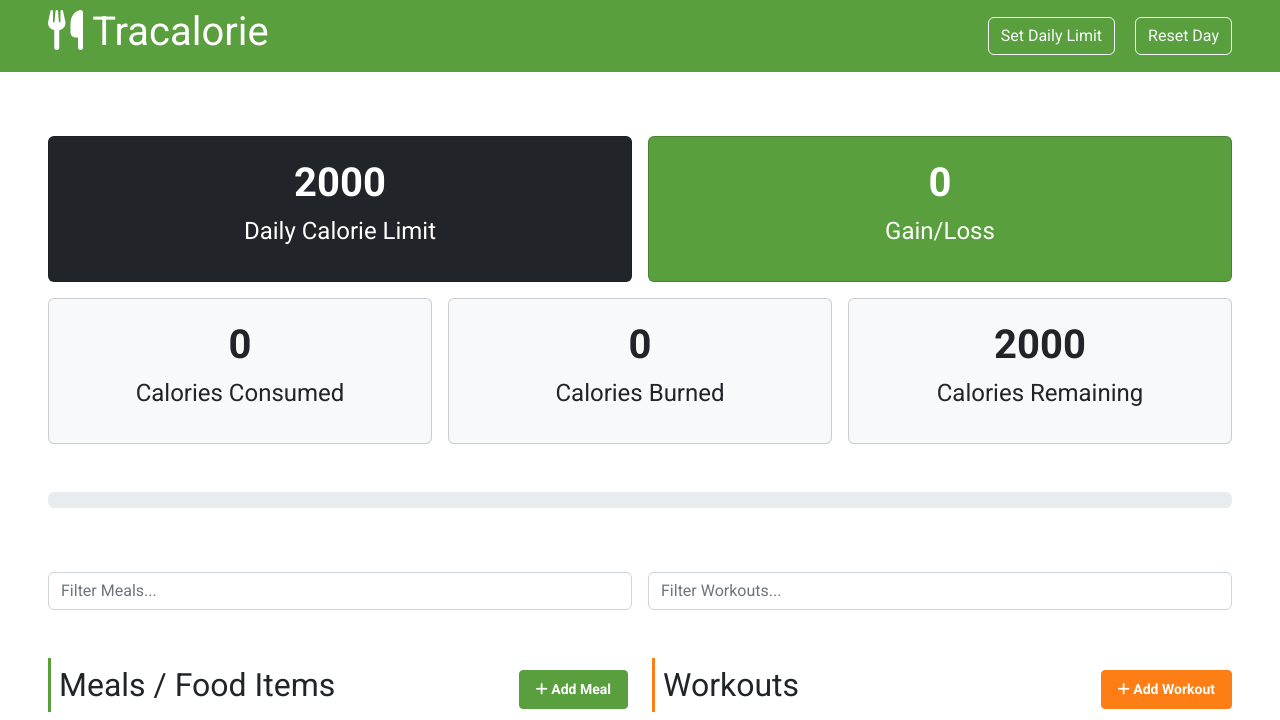
Repository: Ahmed-yasser-66/tracalorie-app
Page: index.html
An editor plug-in stored every save of this project. The page is shown before and after the next save, followed by the edit.
The browser window is 1280 px wide. The pictures show the whole page.

Above is the page before, as saved 2023-07-21 11:50:35.

### index.html
<!DOCTYPE html>
<html lang="en">
  <head>
    <meta charset="UTF-8" />
    <meta http-equiv="X-UA-Compatible" content="IE=edge" />
    <meta name="viewport" content="width=device-width, initial-scale=1.0" />
    <link rel="shortcut icon" type="image/x-icon" href="favicon.ico" />
    <link rel="preconnect" href="https://fonts.googleapis.com" />
    <link rel="preconnect" href="https://fonts.gstatic.com" crossorigin />
    <link
      href="https://fonts.googleapis.com/css2?family=Roboto:wght@300;400;700&display=swap"
      rel="stylesheet"
    />
    <link rel="stylesheet" href="css/fontawesome.css" />
    <link rel="stylesheet" href="css/bootstrap.css" />
    <link rel="stylesheet" href="css/style.css" />
    <script src="js/bootstrap.bundle.min.js" defer></script>
    <script src="js/app.js" defer></script>
    <title>Tracalorie 2.0 | Track your Caloric Intake</title>
  </head>
  <body>
    <header
      class="bg-primary d-sm-flex justify-content-between align-items-center text-white text-center py-2 px-5"
    >
      <h1><i class="fa-solid fa-utensils"></i> Tracalorie</h1>
      <div>
        <button
          class="btn btn-outline-light mx-3"
          data-bs-toggle="modal"
          data-bs-target="#limit-modal"
        >
          Set Daily Limit
        </button>
        <button id="reset" class="btn btn-outline-light">Reset Day</button>
      </div>
    </header>

    <!-- Stats -->
    <section class="stats my-5 px-5">
      <div class="row g-3 my-3">
        <div class="col-md-6">
          <div class="card text-center bg-dark text-white">
            <div class="card-body">
              <div id="calories-limit" class="fs-1 fw-bold"></div>
              <p class="fs-4">Daily Calorie Limit</p>
            </div>
          </div>
        </div>
        <div class="col-md-6">
          <div class="card text-center bg-primary text-white">
            <div class="card-body">
              <div id="calories-total" class="fs-1 fw-bold"></div>
              <p class="fs-4">Gain/Loss</p>
            </div>
          </div>
        </div>
      </div>
      <div class="row g-3 text-center">
        <div class="col-md-4">
          <div class="card bg-light">
            <div class="card-body">
              <div id="calories-consumed" class="fs-1 fw-bold"></div>
              <p class="fs-4">Calories Consumed</p>
            </div>
          </div>
        </div>
        <div class="col-md-4">
          <div class="card bg-light">
            <div class="card-body">
              <div id="calories-burned" class="fs-1 fw-bold"></div>
              <p class="fs-4">Calories Burned</p>
            </div>
          </div>
        </div>
        <div class="col-md-4">
          <div class="card bg-light">
            <div class="card-body">
              <div id="calories-remaining" class="fs-1 fw-bold"></div>
              <p class="fs-4">Calories Remaining</p>
            </div>
          </div>
        </div>
      </div>
    </section>

    <section class="px-5">
      <div class="progress">
        <div
          id="calorie-progress"
          class="progress-bar"
          role="progressbar"
        ></div>
      </div>
    </section>

    <!-- Filter -->
    <section class="filter my-5 px-5">
      <div class="row g-3">
        <div class="col-md-6">
          <div class="mt-3">
            <input
              type="text"
              id="filter-meals"
              class="form-control"
              placeholder="Filter Meals..."
            />
          </div>
        </div>
        <div class="col-md-6">
          <div class="mt-3">
            <input
              type="text"
              id="filter-workouts"
              class="form-control"
              placeholder="Filter Workouts..."
            />
          </div>
        </div>
      </div>
    </section>

    <!-- Items -->
    <section class="items mx-5">
      <div class="row g-4">
        <!-- Meals -->
        <div class="col-md-6">
          <div class="d-flex align-items-center">
            <h2 class="border-start border-primary border-3 p-2">
              Meals / Food Items
            </h2>
            <button
              class="btn btn-primary btn-sm ms-auto text-white fw-bold py-2 px-3 h-100"
              data-bs-toggle="collapse"
              data-bs-target="#collapse-meal"
              aria-expanded="false"
              aria-controls="collapse-meal"
            >
              <i class="fa-solid fa-plus"></i> Add Meal
            </button>
          </div>

          <!-- Add Meal Form -->
          <div class="collapse" id="collapse-meal">
            <div class="card card-body bg-light">
              <form id="meal-form">
                <div class="mb-3">
                  <input
                    type="text"
                    class="form-control"
                    id="meal-name"
                    placeholder="Enter Meal or Item"
                  />
                </div>
                <div class="mb-3">
                  <input
                    type="number"
                    class="form-control"
                    id="meal-calories"
                    placeholder="Enter Calories"
                  />
                </div>
                <button type="submit" class="btn btn-primary text-white">
                  Add Meal Item
                </button>
              </form>
            </div>
          </div>

          <div id="meal-items"></div>
        </div>
        <!-- Workout -->
        <div class="col-md-6">
          <div class="d-flex align-items-center">
            <h2 class="border-start border-secondary border-3 p-2">Workouts</h2>
            <button
              class="btn btn-secondary btn-sm ms-auto text-white fw-bold py-2 px-3 h-100"
              data-bs-toggle="collapse"
              data-bs-target="#collapse-workout"
              aria-expanded="false"
              aria-controls="collapse-workout"
            >
              <i class="fa-solid fa-plus"></i> Add Workout
            </button>
          </div>

          <!-- Add Workout Form -->
          <div class="collapse" id="collapse-workout">
            <div class="card card-body bg-light">
              <form id="workout-form">
                <div class="mb-3">
                  <input
                    type="text"
                    class="form-control"
                    id="workout-name"
                    placeholder="Enter Workout"
                  />
                </div>
                <div class="mb-3">
                  <input
                    type="number"
                    class="form-control"
                    id="workout-calories"
                    placeholder="Enter Calories"
                  />
                </div>
                <button type="submit" class="btn btn-primary text-white">
                  Add Workout Item
                </button>
              </form>
            </div>
          </div>

          <div id="workout-items"></div>
        </div>
      </div>
    </section>

    <!-- Calorie Limit Modal -->
    <div
      class="modal fade"
      id="limit-modal"
      tabindex="-1"
      aria-labelledby="limitModalLabel"
      aria-hidden="true"
    >
      <div class="modal-dialog">
        <div class="modal-content">
          <div class="modal-header">
            <h1 class="modal-title fs-5" id="limitModalLabel">
              Set Daily Limit
            </h1>
            <button
              type="button"
              class="btn-close"
              data-bs-dismiss="modal"
              aria-label="Close"
            ></button>
          </div>
          <div class="modal-body">
            <form id="limit-form">
              <div class="mb-3">
                <label for="limit" class="form-label"
                  >Daily Calorie Limit</label
                >
                <input
                  type="text"
                  class="form-control"
                  id="limit"
                  placeholder="2000"
                />
              </div>

              <button type="submit" class="btn btn-primary text-white">
                Save
              </button>
            </form>
          </div>
        </div>
      </div>
    </div>
  </body>
</html>

### js/app.js
class CalorieTracker {
  constructor() {
    this._calorieLimit = Storage.getCalorieLimit();
    this._totalCalories = Storage.getTotalCalories(0);
    this._meals = Storage.getMeals();
    this._workouts = [];

    this._displayCaloriesLimit();
    this._displayCaloriesTotal();
    this._displayCaloriesConsumed();
    this._displayCaloriesBurned();
    this._displayCaloriesRemaining();
    this._displayCaloriesProgress();

    document.getElementById('limit').value = this._calorieLimit;
  }

  // Public Methods/API //

  addMeal(meal) {
    this._meals.push(meal);
    this._totalCalories += meal.calories;
    Storage.updateTotalCalories(this._totalCalories);
    Storage.saveMeal(meal);
    this._displayNewMeal(meal);
    this._render();
  }

  addWorkout(workout) {
    this._workouts.push(workout);
    this._totalCalories -= workout.calories;
    Storage.updateTotalCalories(this._totalCalories);
    this._displayNewWorkout(workout);
    this._render();
  }

  removeMeal(id) {
    const index = this._meals.findIndex((meal) => meal.id === id);

    if (index !== -1) {
      const meal = this._meals[index];
      this._totalCalories -= meal.calories;
      Storage.updateTotalCalories(this._totalCalories);
      this._meals.splice(index, 1);

      this._render();
    }
  }

  removeWorkout(id) {
    const index = this._workouts.findIndex((workout) => workout.id === id);

    if (index !== -1) {
      const workout = this._workouts[index];
      this._totalCalories += workout.calories;
      Storage.updateTotalCalories(this._totalCalories);
      this._workouts.splice(index, 1);

      this._render();
    }
  }

  reset() {
    this._totalCalories = 0;
    this._meals = [];
    this._workouts = [];
    this._render();
  }

  setLimit(calorieLimit) {
    this._calorieLimit = calorieLimit;
    Storage.setCalorieLimit(calorieLimit);
    this._displayCaloriesLimit();
    this._render();
  }

  loadItems() {
    this._meals.forEach((meal) => this._displayNewMeal(meal));
  }

  // Private Methods //

  _displayCaloriesTotal() {
    const totalCaloriesEl = document.getElementById('calories-total');
    totalCaloriesEl.innerHTML = this._totalCalories;
  }

  _displayCaloriesLimit() {
    const calorieLimitEl = document.getElementById('calories-limit');
    calorieLimitEl.innerHTML = this._calorieLimit;
  }

  _displayCaloriesConsumed() {
    const caloriesConsumedEl = document.getElementById('calories-consumed');

    const consumed = this._meals.reduce(
      (total, meal) => total + meal.calories,
      0
    );

    caloriesConsumedEl.innerHTML = consumed;
  }

  _displayCaloriesBurned() {
    const caloriesBurnedEl = document.getElementById('calories-burned');

    const burned = this._workouts.reduce(
      (total, workout) => total + workout.calories,
      0
    );

    caloriesBurnedEl.innerHTML = burned;
  }

  _displayCaloriesRemaining() {
    const caloriesRemainingEl = document.getElementById('calories-remaining');
    const progressEl = document.getElementById('calorie-progress');

    const remaining = this._calorieLimit - this._totalCalories;

    caloriesRemainingEl.innerHTML = remaining;

    if (remaining <= 0) {
      caloriesRemainingEl.parentElement.parentElement.classList.remove(
        'bg-light'
      );
      caloriesRemainingEl.parentElement.parentElement.classList.add(
        'bg-danger'
      );
      progressEl.classList.remove('bg-success');
      progressEl.classList.add('bg-danger');
    } else {
      caloriesRemainingEl.parentElement.parentElement.classList.remove(
        'bg-danger'
      );
      caloriesRemainingEl.parentElement.parentElement.classList.add('bg-light');
      progressEl.classList.remove('bg-danger');
      progressEl.classList.add('bg-success');
    }
  }

  _displayCaloriesProgress() {
    const progressEl = document.getElementById('calorie-progress');
    const percentage = (this._totalCalories / this._calorieLimit) * 100;
    const width = Math.min(percentage, 100);
    progressEl.style.width = `${width}%`;
  }

  _displayNewMeal(meal) {
    const mealsEl = document.getElementById('meal-items');
    const mealEl = document.createElement('div');
    mealEl.classList.add('card', 'my-2');
    mealEl.setAttribute('data-id', meal.id);
    mealEl.innerHTML = `
    <div class="card-body">
    <div class="d-flex align-items-center justify-content-between">
      <h4 class="mx-1">${meal.name}</h4>
      <div
        class="fs-1 bg-primary text-white text-center rounded-2 px-2 px-sm-5"
      >
        ${meal.calories}
      </div>
      <button class="delete btn btn-danger btn-sm mx-2">
        <i class="fa-solid fa-xmark"></i>
      </button>
    </div>
  </div>
    `;

    mealsEl.appendChild(mealEl);
  }

  _displayNewWorkout(workout) {
    const workoutsEl = document.getElementById('workout-items');
    const workoutEl = document.createElement('div');
    workoutEl.classList.add('card', 'my-2');
    workoutEl.setAttribute('data-id', workout.id);
    workoutEl.innerHTML = `
    <div class="card-body">
    <div class="d-flex align-items-center justify-content-between">
      <h4 class="mx-1">${workout.name}</h4>
      <div
        class="fs-1 bg-secondary text-white text-center rounded-2 px-2 px-sm-5"
      >
        ${workout.calories}
      </div>
      <button class="delete btn btn-danger btn-sm mx-2">
        <i class="fa-solid fa-xmark"></i>
      </button>
    </div>
  </div>
    `;

    workoutsEl.appendChild(workoutEl);
  }

  _render() {
    this._displayCaloriesTotal();
    this._displayCaloriesConsumed();
    this._displayCaloriesBurned();
    this._displayCaloriesRemaining();
    this._displayCaloriesProgress();
  }
}

class Meal {
  constructor(name, calories) {
    this.id = Math.random().toString(16).slice(2);
    this.name = name;
    this.calories = calories;
  }
}

class Workout {
  constructor(name, calories) {
    this.id = Math.random().toString(16).slice(2);
    this.name = name;
    this.calories = calories;
  }
}

class Storage {
  static getCalorieLimit(defaultLimit = 2000) {
    let calorieLimit;
    if (localStorage.getItem('calorieLimit') === null) {
      calorieLimit = defaultLimit;
    } else {
      calorieLimit = +localStorage.getItem('calorieLimit');
    }
    return calorieLimit;
  }

  static setCalorieLimit(calorieLimit) {
    localStorage.setItem('calorieLimit', calorieLimit);
  }

  static getTotalCalories(defaultCalories = 0) {
    let totalCalories;
    if (localStorage.getItem('totalCalories') === null) {
      totalCalories = defaultCalories;
    } else {
      totalCalories = +localStorage.getItem('totalCalories');
    }
    return totalCalories;
  }

  static updateTotalCalories(calories) {
    localStorage.setItem('totalCalories', calories);
  }

  static getMeals() {
    let meals;
    if (localStorage.getItem('meals') === null) {
      meals = [];
    } else {
      meals = JSON.parse(localStorage.getItem('meals'));
    }

    return meals;
  }

  static saveMeal(meal) {
    const meals = Storage.getMeals();
    meals.push(meal);

    localStorage.setItem('meals', JSON.stringify(meals));
  }

  static getWorkouts() {
    let workouts;

    if (localStorage.getItem('workouts') === null) {
      workouts = [];
    } else {
      workouts = JSON.parse(localStorage.getItem('workouts'));
    }

    return workouts;
  }
}

class App {
  constructor() {
    this._tracker = new CalorieTracker();
    this._loadEventListeners();
    this._tracker.loadItems();
  }

  _loadEventListeners() {
    document
      .getElementById('meal-form')
      .addEventListener('submit', this._newItem.bind(this, 'meal'));

    document
      .getElementById('workout-form')
      .addEventListener('submit', this._newItem.bind(this, 'workout'));

    document
      .getElementById('meal-items')
      .addEventListener('click', this._removeItem.bind(this, 'meal'));

    document
      .getElementById('workout-items')
      .addEventListener('click', this._removeItem.bind(this, 'workout'));

    document
      .getElementById('filter-meals')
      .addEventListener('keyup', this._filterItems.bind(this, 'meal'));

    document
      .getElementById('filter-workouts')
      .addEventListener('keyup', this._filterItems.bind(this, 'workout'));

    document
      .getElementById('reset')
      .addEventListener('click', this._reset.bind(this));

    document
      .getElementById('limit-form')
      .addEventListener('submit', this._setLimit.bind(this));
  }

  _newItem(type, e) {
    e.preventDefault();

    const name = document.getElementById(`${type}-name`);
    const calories = document.getElementById(`${type}-calories`);

    // Validate inputs
    if (name.value === '' || calories.value === '') {
      alert('Please fill in all fields');
      return;
    }

    if (type === 'meal') {
      const meal = new Meal(name.value, +calories.value);
      this._tracker.addMeal(meal);
    } else {
      const workout = new Workout(name.value, +calories.value);
      this._tracker.addWorkout(workout);
    }

    name.value = '';
    calories.value = '';

    const collapseItem = document.getElementById(`collapse-${type}`);
    const bsCollapse = new bootstrap.Collapse(collapseItem, {
      toggle: true,
    });
  }

  _removeItem(type, e) {
    if (
      e.target.classList.contains('delete') ||
      e.target.classList.contains('fa-xmark')
    ) {
      if (confirm('Are you sure?')) {
        const id = e.target.closest('.card').getAttribute('data-id');

        type === 'meal'
          ? this._tracker.removeMeal(id)
          : this._tracker.removeWorkout(id);

        e.target.closest('.card').remove();
      }
    }
  }

  _filterItems(type, e) {
    const text = e.target.value.toLowerCase();
    document.querySelectorAll(`#${type}-items .card`).forEach((item) => {
      const name = item.firstElementChild.firstElementChild.textContent;

      if (name.toLowerCase().indexOf(text) !== -1) {
        item.style.display = 'block';
      } else {
        item.style.display = 'none';
      }
    });
  }

  _reset() {
    this._tracker.reset();
    document.getElementById('meal-items').innerHTML = '';
    document.getElementById('workout-items').innerHTML = '';
    document.getElementById('filter-meals').value = '';
    document.getElementById('filter-meals').value = '';
  }

  _setLimit(e) {
    e.preventDefault();

    const limit = document.getElementById('limit');

    if (limit.value === '') {
      alert('Please add a limit');
      return;
    }

    this._tracker.setLimit(+limit.value);
    limit.value = '';

    const modalEl = document.getElementById('limit-modal');
    const modal = bootstrap.Modal.getInstance(modalEl);
    modal.hide();
  }
}

const app = new App();

Loaded but not shown: css/fontawesome.css (library); css/bootstrap.css (library); css/style.css (common file); js/bootstrap.bundle.min.js (library)

After the next save:
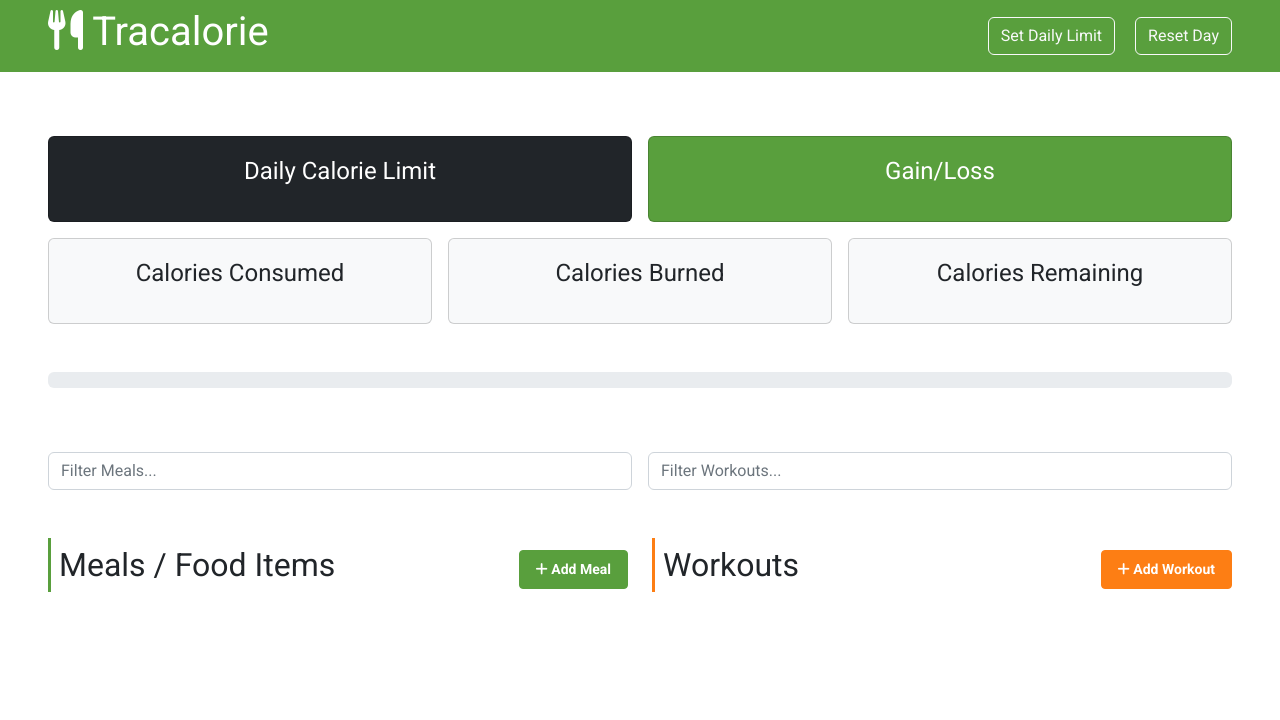
Console error: SyntaxError: Identifier 'workout' has already been declared
Saved 48 s later.
--- a/js/app.js
+++ b/js/app.js
@@ -277,6 +277,10 @@
 
     return workouts;
   }
+
+  static saveWorkouts(workout) {
+    const workout = Storage.getItem(workout);
+  }
 }
 
 class App {

After the 2 saves that followed:
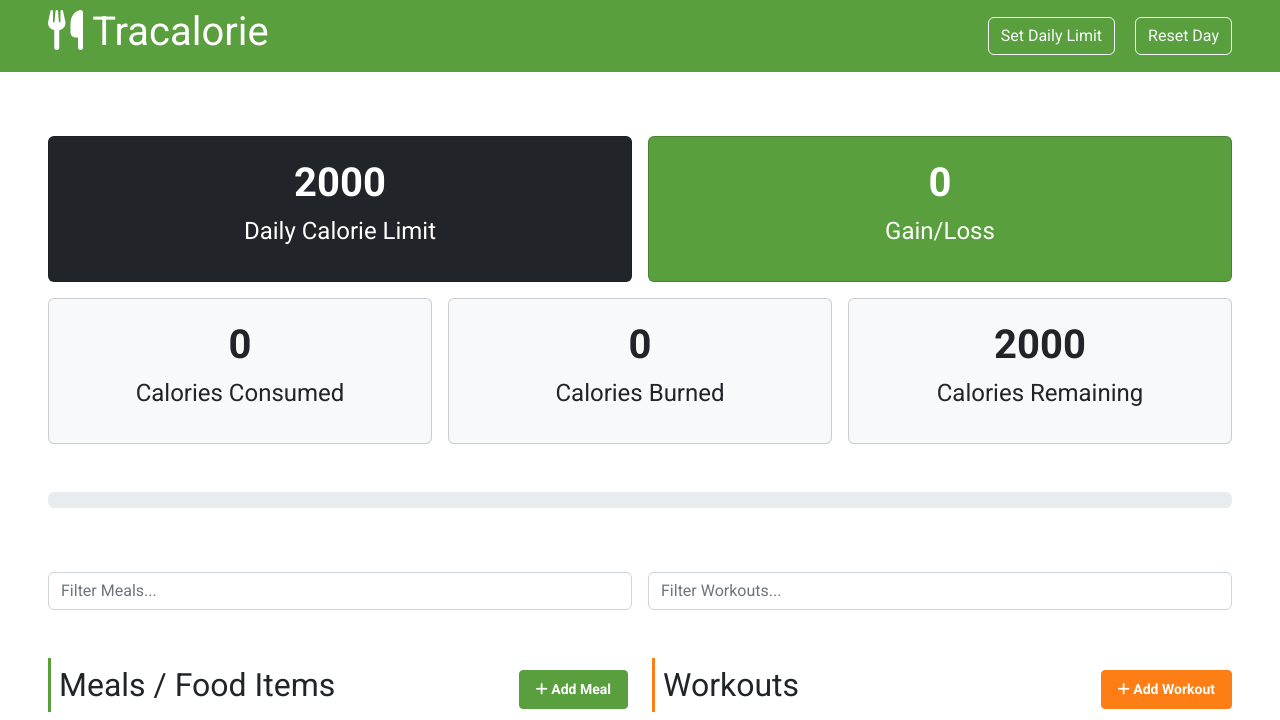
The error is gone.
The 2 saves are shown as one change because 1 left the picture as it was.
The last was saved 91 s later.
--- a/js/app.js
+++ b/js/app.js
@@ -266,7 +266,7 @@
     localStorage.setItem('meals', JSON.stringify(meals));
   }
 
-  static getWorkouts() {
+  static getWorkout() {
     let workouts;
 
     if (localStorage.getItem('workouts') === null) {
@@ -278,8 +278,9 @@
     return workouts;
   }
 
-  static saveWorkouts(workout) {
-    const workout = Storage.getItem(workout);
+  static saveWorkout(workout) {
+    const workouts = Storage.getWorkout();
+    workouts.push(workout);
   }
 }
 
